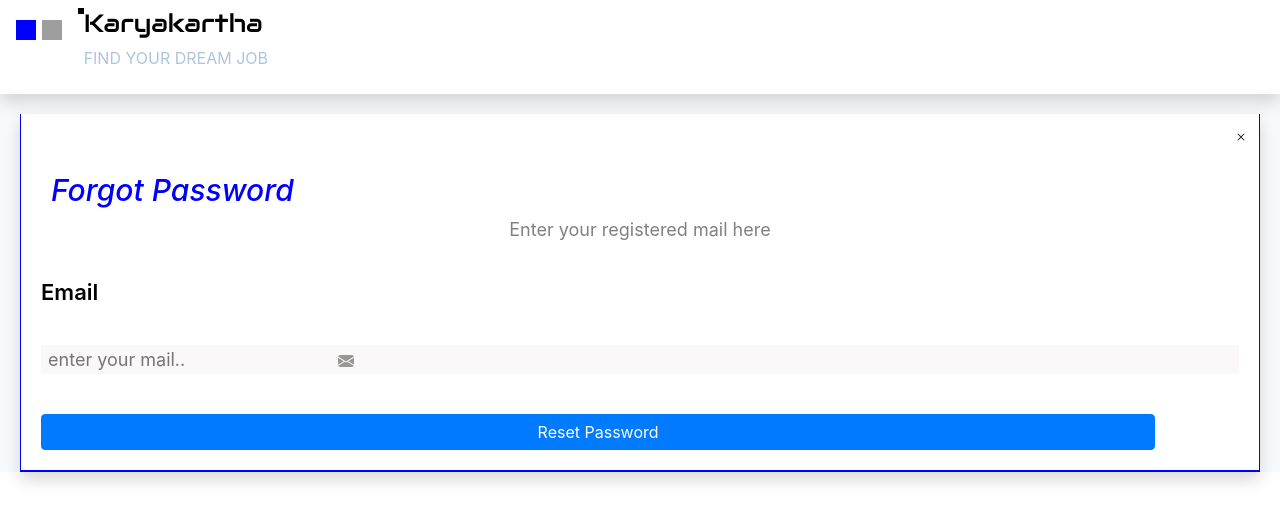
Repository: siri548/Karyakartha
Page: forgotPage.html
These files come from the project's save history. The page is drawn as it stood at one moment and after the next save; the edit follows.
The browser window is 1280 px wide. The pictures show the whole page.
Pictures or frames that could not be fetched are drawn as grey boxes.

Above is the page before, as saved 2023-11-04 18:27:38.
Console error (its wording comes from the project's code and is left out).

After the next save:
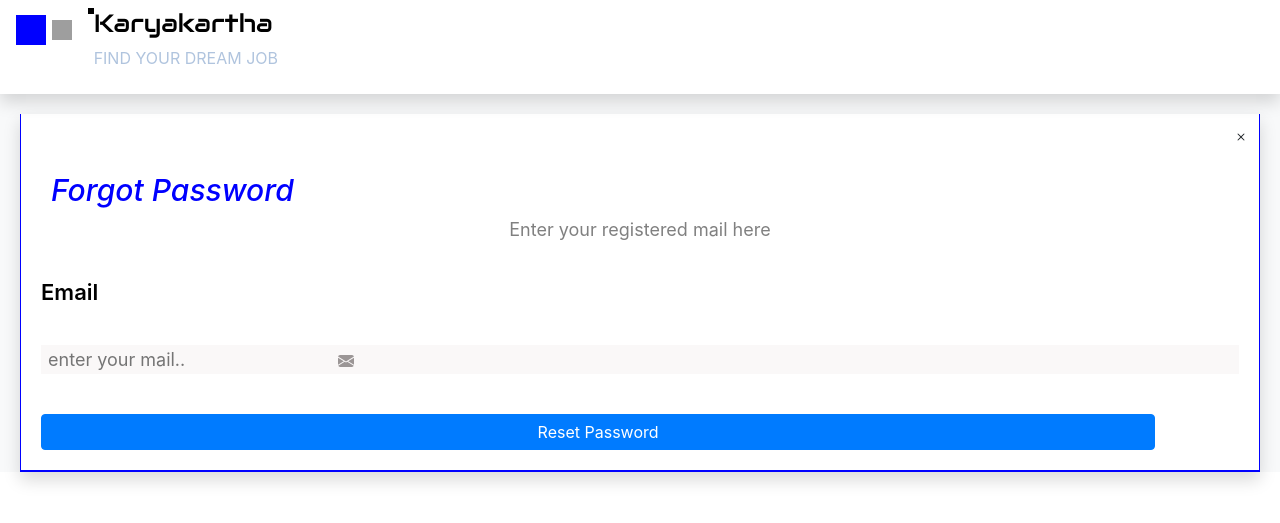
Saved 15 s later.
--- a/forgotPage.css
+++ b/forgotPage.css
@@ -4,8 +4,6 @@
 
 .outer-icon {
     color: blue;
-    width: 20px;
-    height: 20px;
     background-size: cover;
     background-color: blue;
 }
